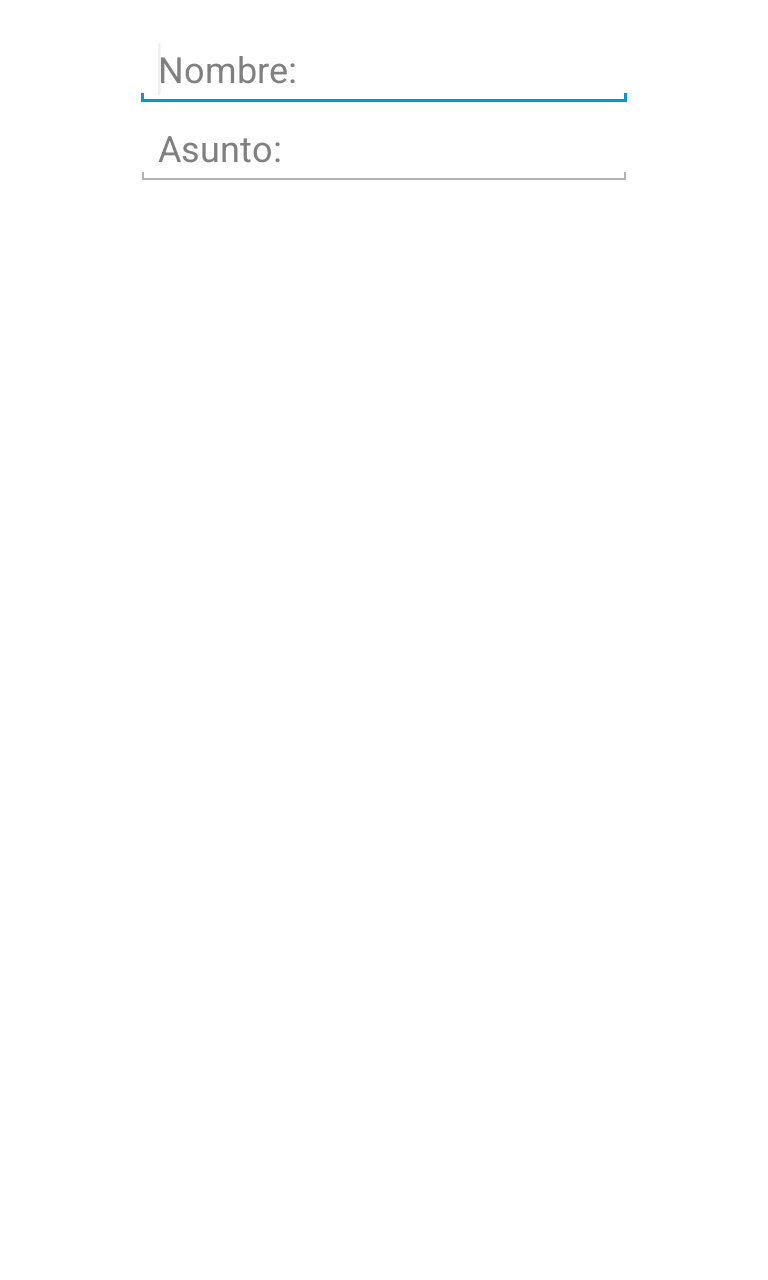
Repository: armandobs94/Dental.App
Layout: AplicacionMovil/DentalApp/Dental.App/res/layout/layout_contacto.xml
These files come from the project's save history. The layout is drawn as it stood at one moment and after the next save; the edit follows.
It is drawn on a 768 x 1280 px phone screen (xhdpi) without system bars, with theme AppTheme; the app's code is not run.

Above is the layout before, as saved 2015-06-13 03:33:48.

After the next save:
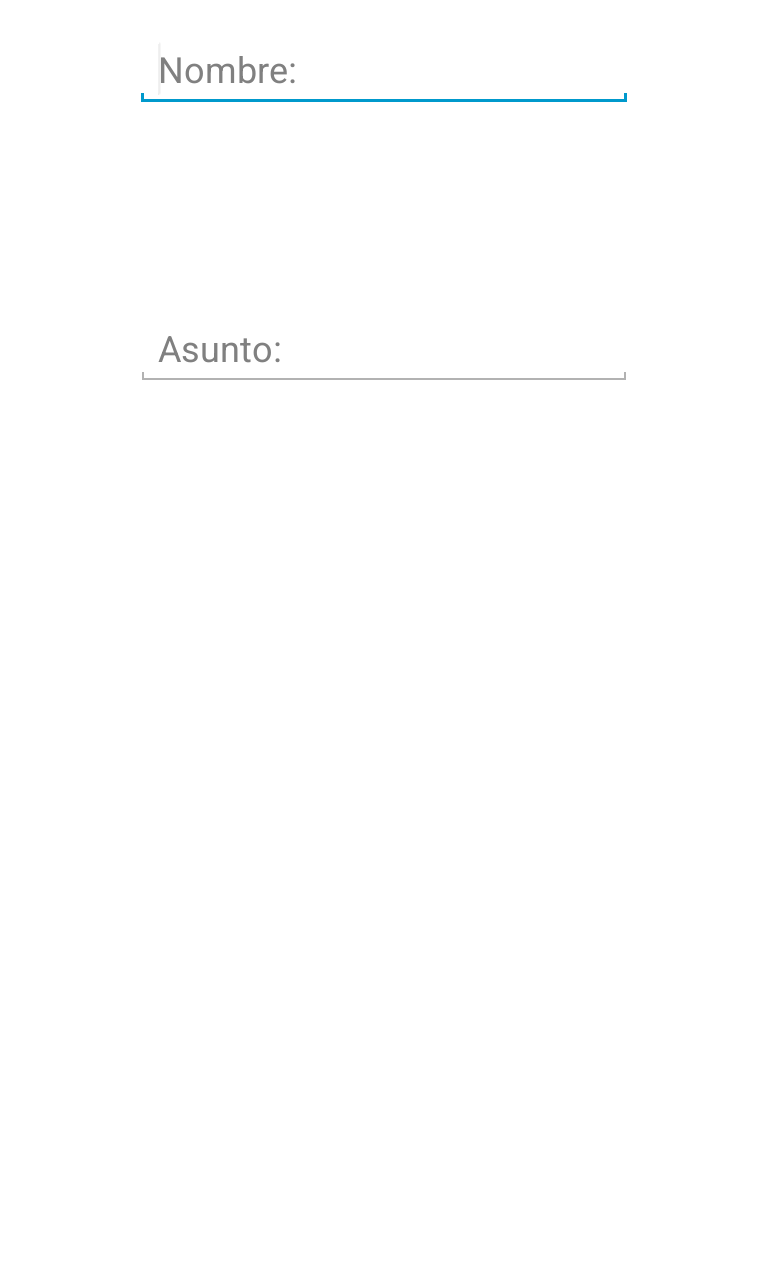
Saved 24 s later.
--- a/AplicacionMovil/DentalApp/Dental.App/res/layout/layout_contacto.xml
+++ b/AplicacionMovil/DentalApp/Dental.App/res/layout/layout_contacto.xml
@@ -35,6 +35,7 @@
                 android:layout_height="wrap_content"
                 android:layout_gravity="center_horizontal"
                 android:ems="10"
+                android:layout_marginTop="100dp"
                 android:hint="@string/campoAsunto" />
 
         </LinearLayout>
